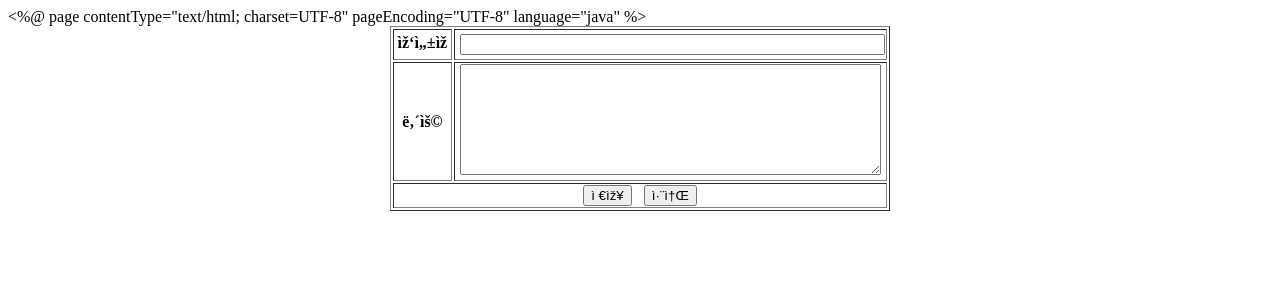
Repository: jiyeonjeon01/JSPStudy
Page: jspStudy/src/main/webapp/bbs/write.html
The author's editor kept a copy of each file at every save. The page is drawn from the files as they stood at one save, then again after the next save.
The browser window is 1280 px wide. The pictures show the whole page.

Above is the page before, as saved 2024-12-03 05:47:40.

### jspStudy/src/main/webapp/bbs/write.html
<%@ page contentType="text/html; charset=UTF-8" pageEncoding="UTF-8" language="java" %>
<html>
  <head>
    <title>방명록 작성하기</title>
  </head>
  <body>
    <form method="post" action="visitInsert">
      <table align="center" width="500" border="1">
        <tr>
            <th width="70">작성자</th>
        <td width="430">
          &nbsp;<input type="text" name="writer" size="50">
        </td>
        </tr>
        <tr>
        <th>내용</th>
        <td>
          &nbsp;<textarea rows="7" cols="50" name="memo">
                 </textarea>
         </td>
        </tr>
        <tr>
         <td colspan="2" align="center">
           <input type="submit" value="저장">&nbsp;&nbsp;
           <input type="reset" value="취소">
         </td>
         </tr>
    </table>
    </form>
  </body>
</html>

After the next save:
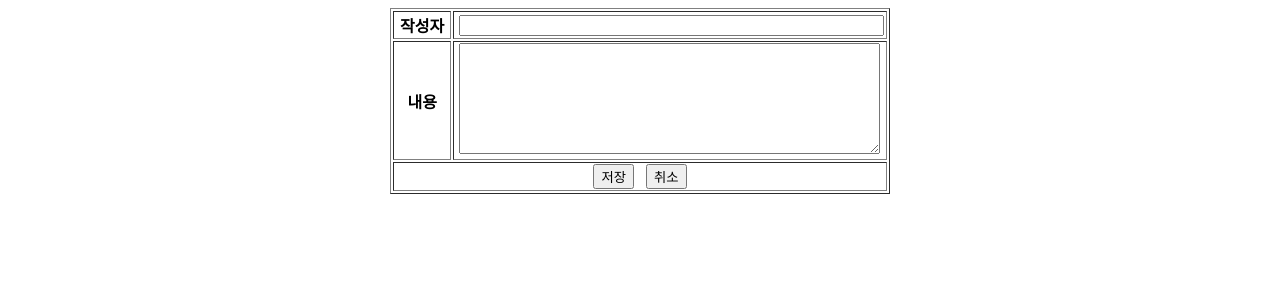
Saved 76 s later.
--- a/jspStudy/src/main/webapp/bbs/write.html
+++ b/jspStudy/src/main/webapp/bbs/write.html
@@ -1,6 +1,8 @@
-<%@ page contentType="text/html; charset=UTF-8" pageEncoding="UTF-8" language="java" %>
+
 <html>
   <head>
+  <meta charset="UTF-8">
+<meta name="viewport" content="width=device-width, initial-scale=1.0">
     <title>방명록 작성하기</title>
   </head>
   <body>
